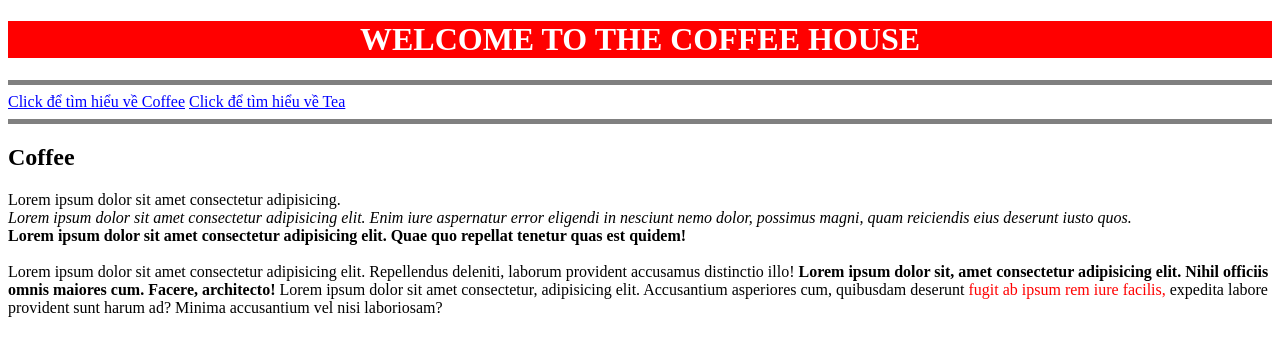
Repository: giahuy405/HomeWork_Coffee
Page: index.html
The author's editor kept a copy of each file at every save. The page is drawn from the files as they stood at one save, then again after the next save.
The browser window is 1280 px wide. The pictures show the whole page.

Above is the page before, as saved 2022-09-07 01:12:48.

After the next save:
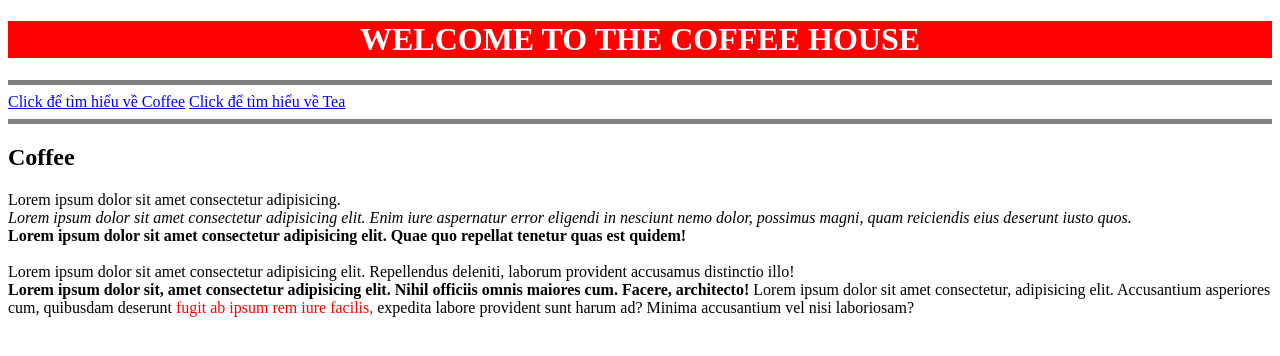
Saved 12 s later.
--- a/index.html
+++ b/index.html
@@ -26,7 +26,7 @@
             <br>
             <b>Lorem ipsum dolor sit amet consectetur adipisicing elit. Quae quo repellat tenetur quas est quidem!</b>
             <br><br>
-            Lorem ipsum dolor sit amet consectetur adipisicing elit. Repellendus deleniti, laborum provident accusamus distinctio illo!
+            Lorem ipsum dolor sit amet consectetur adipisicing elit. Repellendus deleniti, laborum provident accusamus distinctio illo! <br>
             <b>Lorem ipsum dolor sit, amet consectetur adipisicing elit. Nihil officiis omnis maiores cum. Facere, architecto!</b>
             Lorem ipsum dolor sit amet consectetur, adipisicing elit. Accusantium asperiores cum, quibusdam deserunt <span style="color: red;">fugit ab ipsum rem iure facilis,</span> expedita labore provident sunt harum ad? Minima accusantium vel nisi laboriosam?
         </p>
